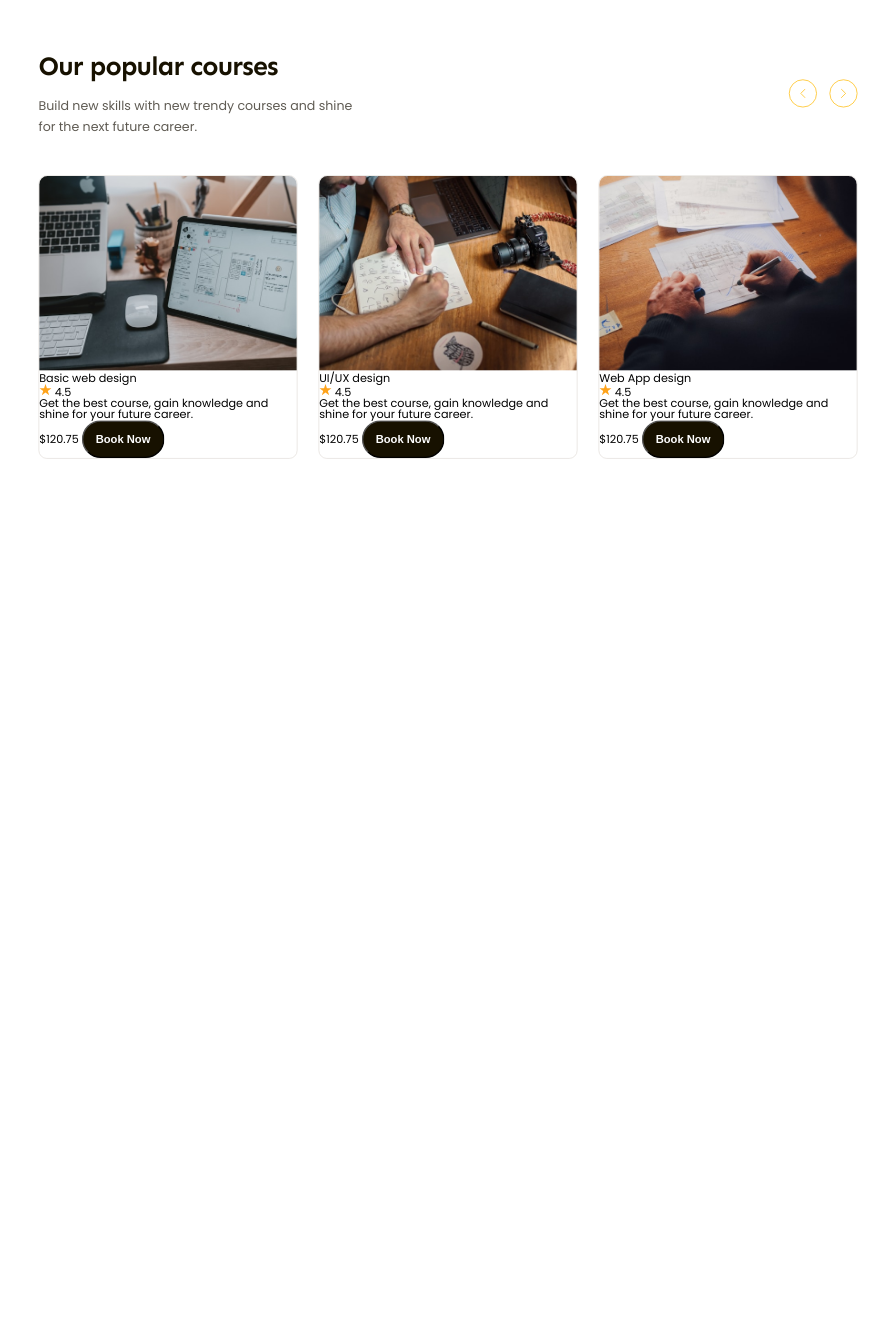
Repository: Tibi2003/f8-htmlcss-02
Page: index.html
An editor plug-in stored every save of this project. The page is shown before and after the next save, followed by the edit.
The browser window is 1280 px wide. The pictures show the part of the page from y = 1029 to 2929 px (the page is 5000 px tall), at 70% of full size.
A picture or video elsewhere on the page could not be fetched, so the positions and the page height are approximate.

Above is the page before, as saved 2024-03-07 15:42:43.

After the next save:
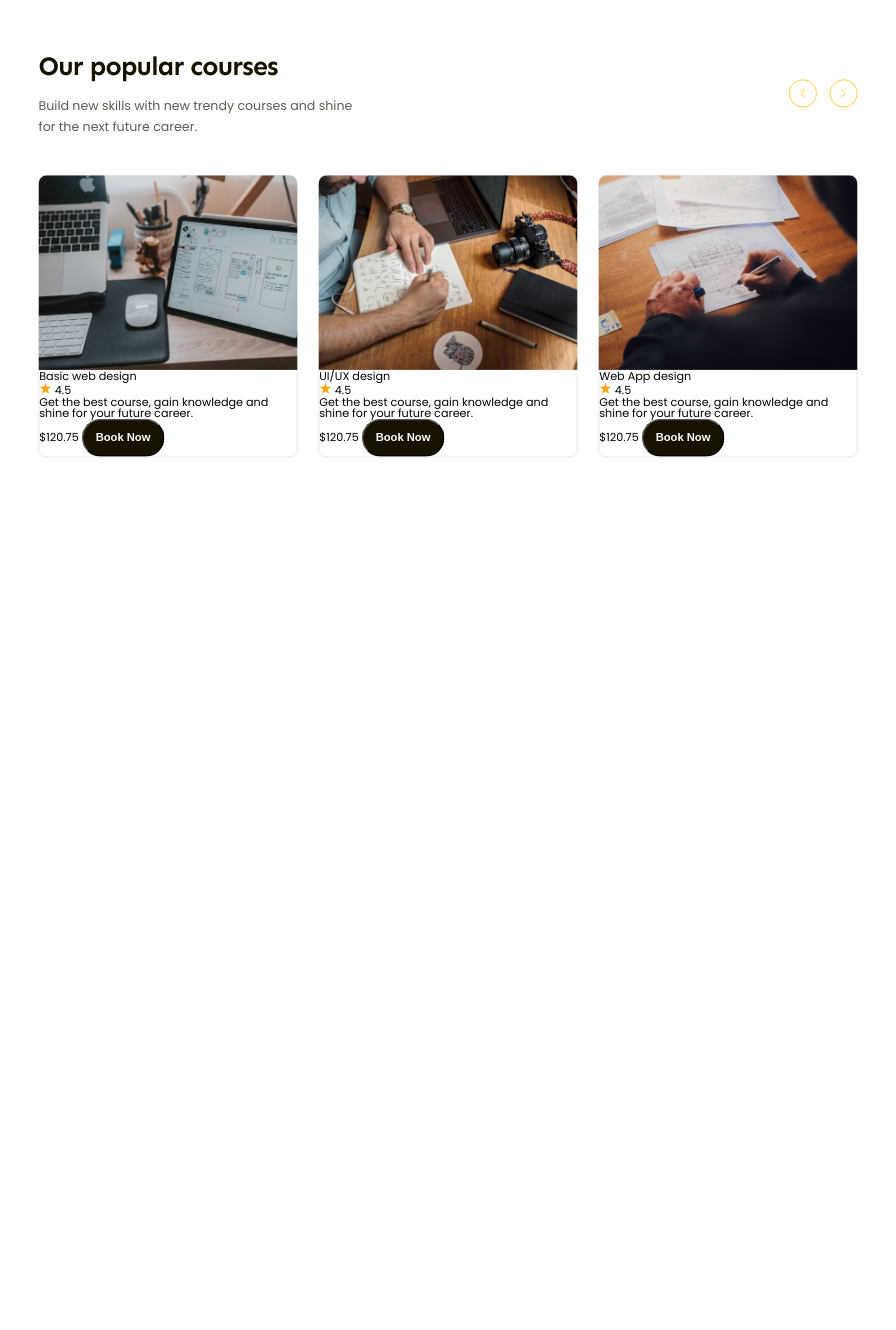
Saved 103 s later.
--- a/assets/css/styles.css
+++ b/assets/css/styles.css
@@ -323,8 +323,9 @@
 }
 
 .popular .course-item .thumb {
-	width: 100%;
+	width: calc(100% + 2px);
 	height: 278px;
+	margin: -1px;
 	object-fit: cover;
 	border-radius: 12px 12px 0px 0px;
 }
